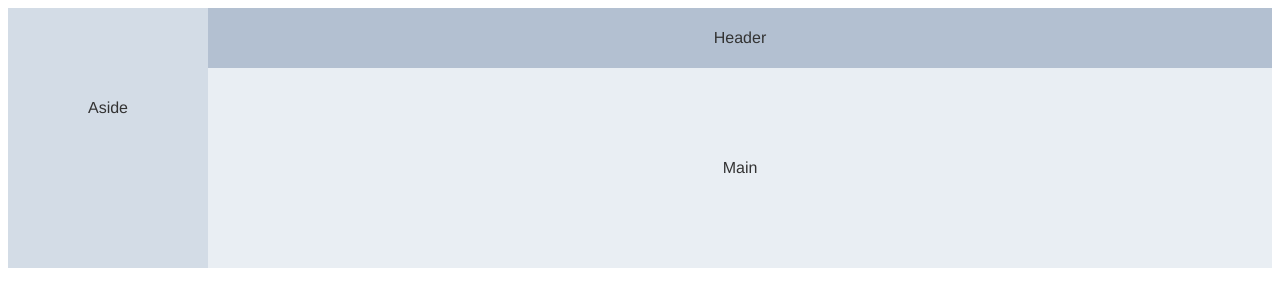
Repository: ZhengYJJ/MyTest
Page: /#/home
An editor plug-in stored every save of this project. The page is shown before and after the next save, followed by the edit.
The browser window is 1280 px wide. The pictures show the whole page.
The project was rebuilt for these pictures with package versions that can differ from the ones it lists, and the page was loaded fresh each time. Also part of the build but not shown: src/components/HelloWorld.vue, src/utils/request.js, src/components/Test.vue, src/views/login/login.vue.

Above is the page before, as saved 2021-08-01 11:31:38.

After the next save:
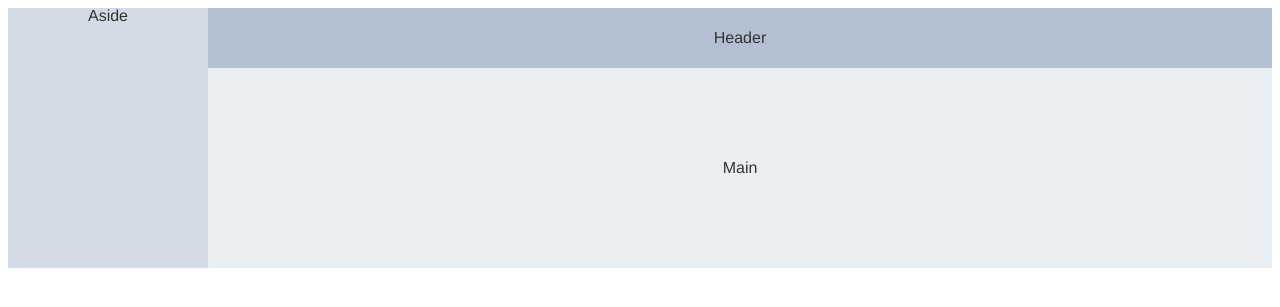
Saved 42 s later.
--- a/src/views/home/home.vue
+++ b/src/views/home/home.vue
@@ -25,7 +25,7 @@
   background-color: #d3dce6;
   color: #333;
   text-align: center;
-  line-height: 200px;
+  line-height: 100%;
 }
 
 .el-main {
